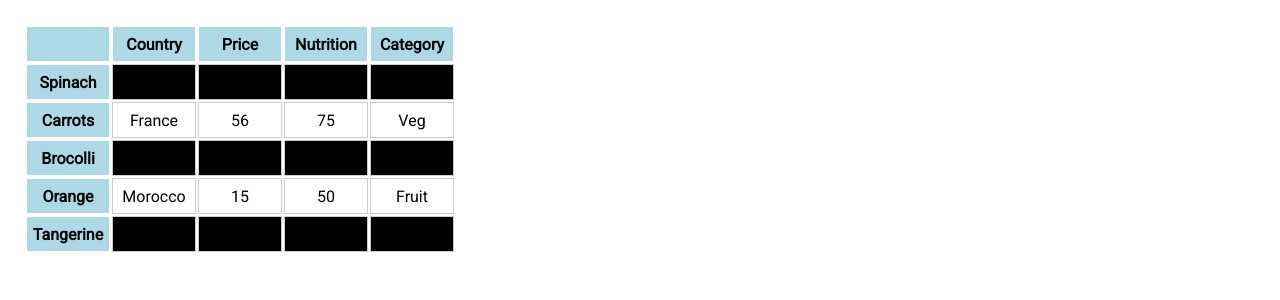
Repository: Lemoenskil/Code_Institude_JS_table
Page: table.html
The author's editor kept a record of every edit. The page is drawn from the files as they stood at one moment, then again after the next edit.
The browser window is 1280 px wide. The pictures show the whole page.

Above is the page before.

After the next edit:
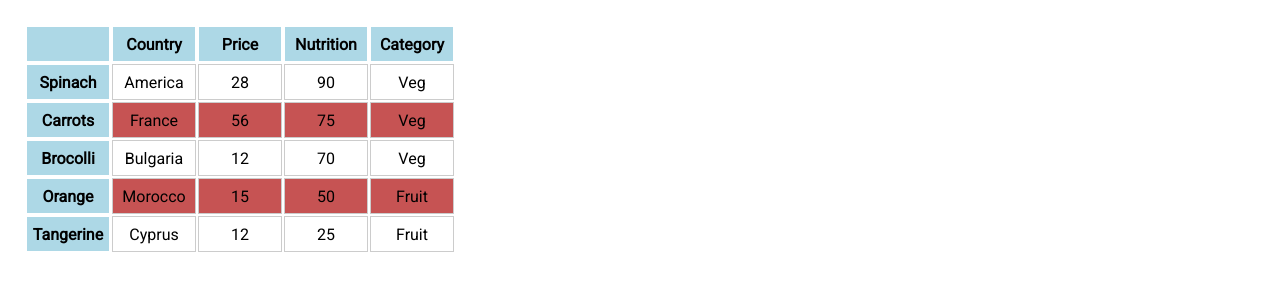
The edit:
--- a/table.html
+++ b/table.html
@@ -21,9 +21,14 @@
       padding: 1rem;
       font-family: Roboto;
     }
-    .odd {
-      background-color: #000;
+
+    .odd1 {
+      background-color: #E84610;
     }
+    .even {
+      background-color: #C65353;
+    }
+
   </style>
 </head>
 <body>
